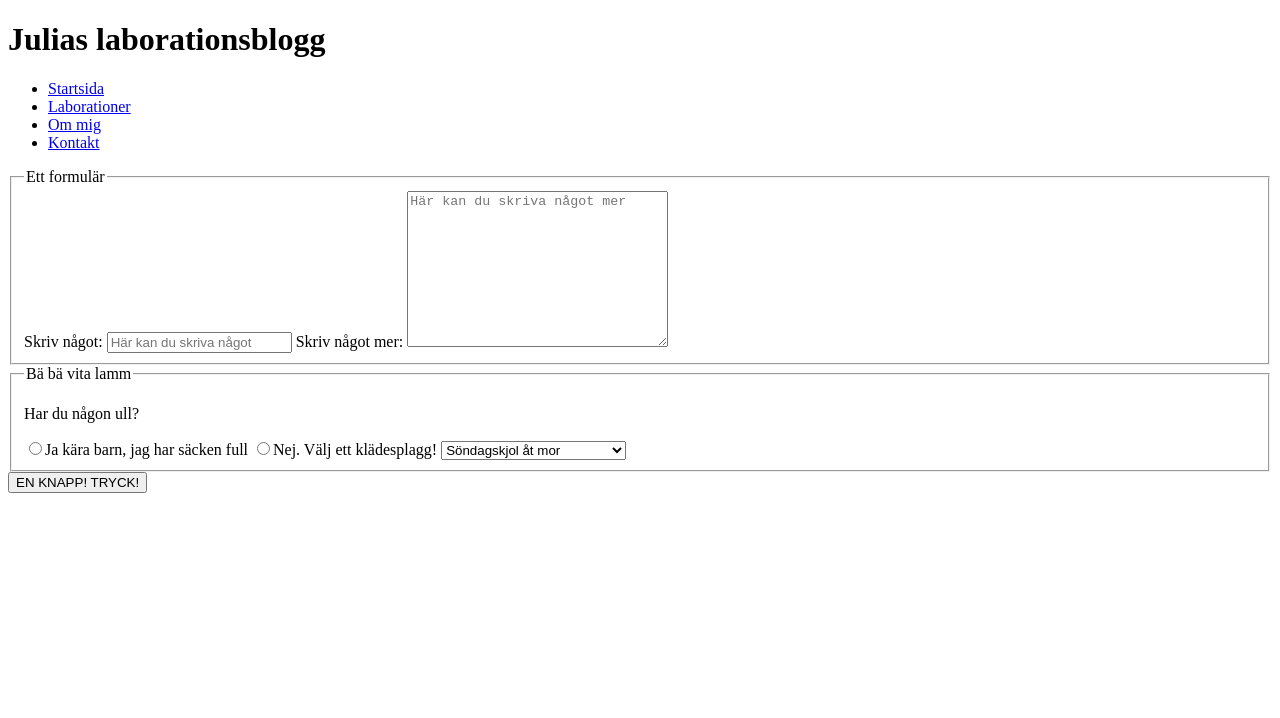
Repository: jk222rp/1ik415-laborationer-2014
Page: pages/kontakt.html
The author's editor kept a record of every edit. The page is drawn from the files as they stood at one moment, then again after the next edit.
The browser window is 1280 px wide. The pictures show the whole page.

Above is the page before.

After the next edit:
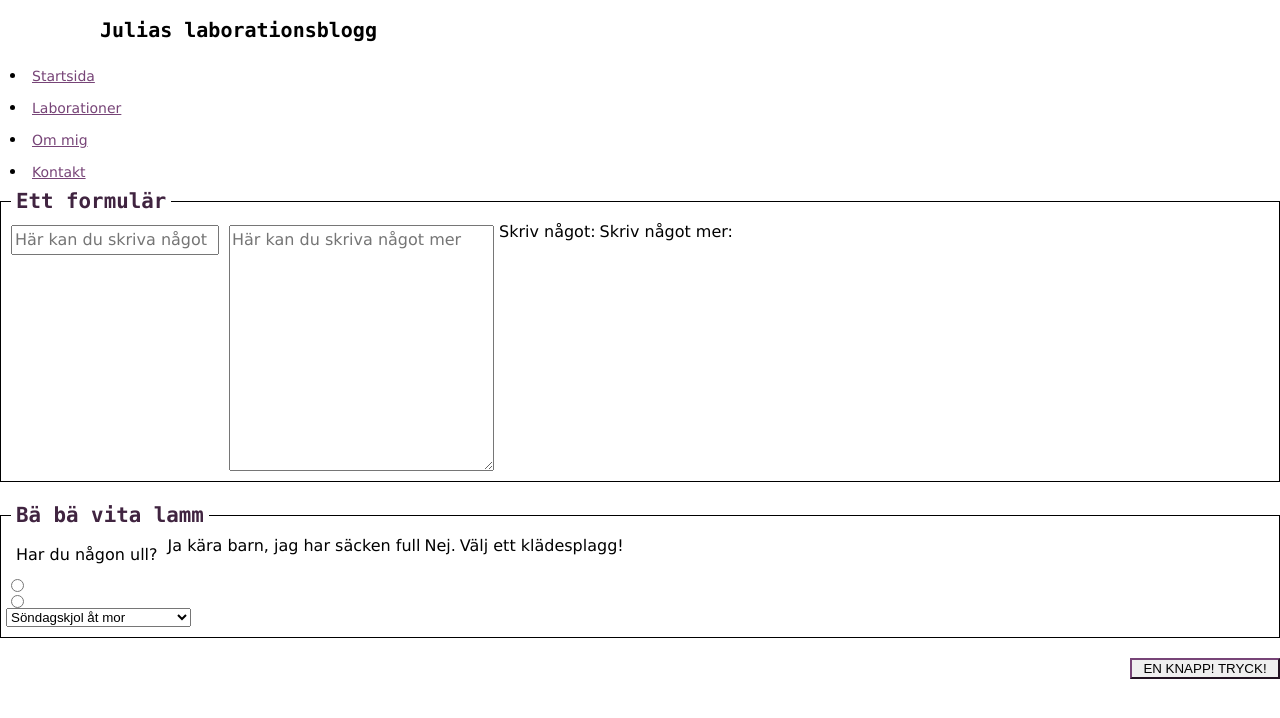
The edit:
--- a/pages/kontakt.html
+++ b/pages/kontakt.html
@@ -3,6 +3,7 @@
     <head>
         <meta charset="utf-8" />
         <title>Julias laborationsblogg</title>
+        <link rel="stylesheet" type="text/css" href="../css/style.css" />
     </head>
 
     <body>
